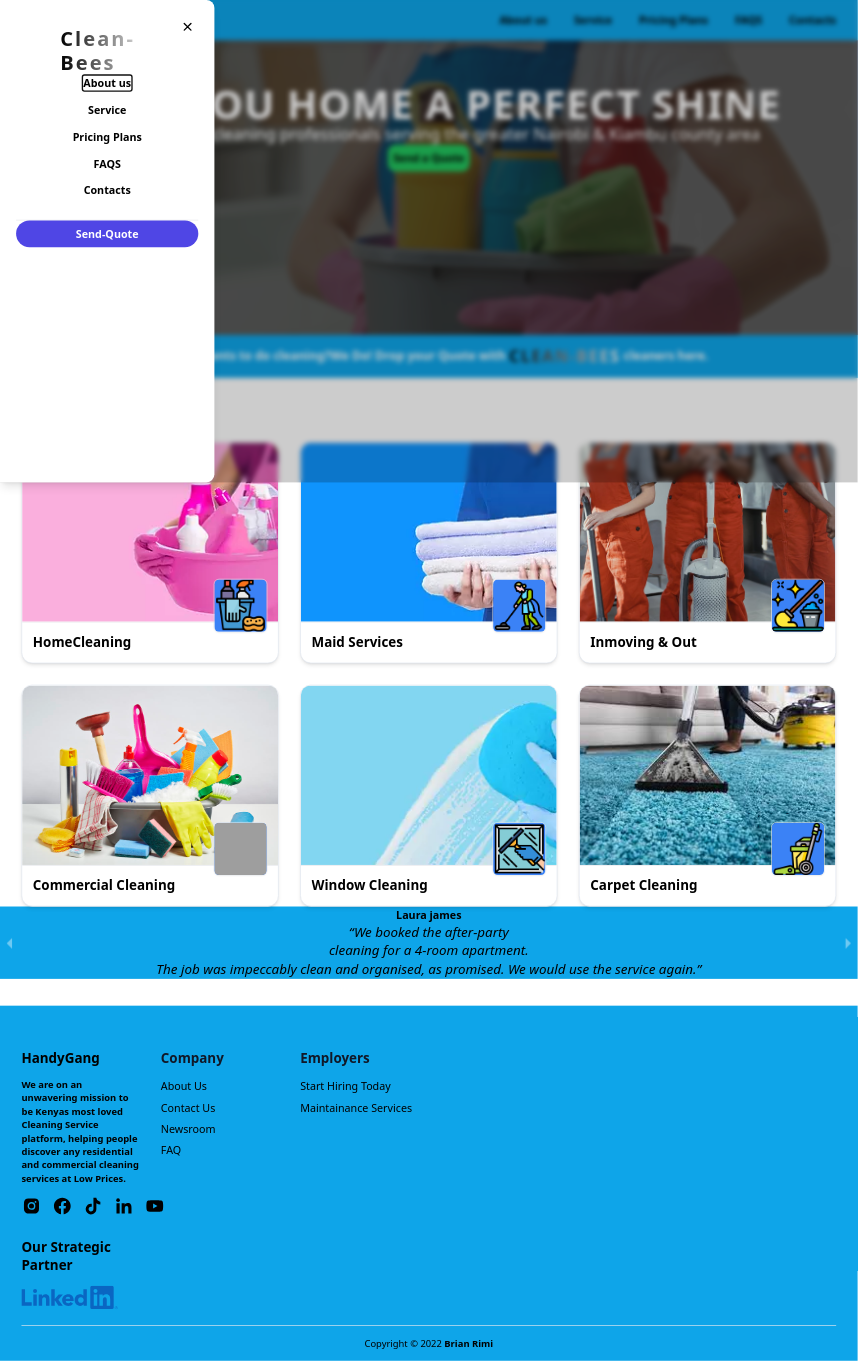
Repository: remydev47/cleanbees
Page: /
An editor plug-in stored every save of this project. The page is shown before and after the next save, followed by the edit.
The browser window is 1280 px wide. The pictures show the whole page, at 67% of full size.
Pictures or frames that could not be fetched are drawn as grey boxes. The project was rebuilt for these pictures with package versions that can differ from the ones it lists, and the page was loaded fresh each time. The framework's server and built-in components were replaced by stand-ins that run in the browser. Also part of the build but not shown: next.config.js.

Above is the page before, as saved 2022-09-19 12:39:57.

### pages/_app.tsx
import '../styles/globals.css'
import type { AppProps } from 'next/app'
import { Header } from '../components/Header'


function MyApp({ Component, pageProps }: AppProps) {
  return (
    <>
      <Header />
      <Component {...pageProps} />
    </>

    )
}

export default MyApp

### pages/index.tsx
import type { NextPage } from 'next'
import Head from 'next/head'
import Image from 'next/image'
import { Footer } from '../components/Footer';
import Hero from '../components/Hero'
import Services from '../components/Services';
import { Testmonial } from '../components/Testmonial';

const Home: NextPage = () => {
  return (
    <div className="">
      <Head>
        <title>CleanBees</title>
        <link rel="icon" href="/favicon.ico" />
      </Head>
      <Hero />
     <main className='mx-auto max-w-screen-xl px-6 sm:px-8'>
      <div className='mt-16 space-y-20'>
        <Services />

      </div>
     </main>
     <Testmonial />
    <Footer />
    </div>
  )
}

export default Home

### components/Header.tsx
import { navLinks } from "../constants"
import { MenuPopOver } from "./MenuPopover"
import Logo from "./Logo"
import Image from "next/image"
import { title } from "process"

export const Header = () => {
    return(
        <>
          <header className={styles.container}>
           <div className='flex grow-0 basis-1/3 md:hidden'>
             <MenuPopOver />
          </div>
          <div className='flex grow-0 basis-1/3 justify-center md:justify-start'>
            <Logo />
           </div>
           <ul className="list-none sm:flex hidden justify-end items-center flex-1">
            {navLinks.map((nav, index) => (
                <li
                key={nav.id}
                className={`font-poppins font-extrabold cursor-pointer text-[16px]
                  ${index === navLinks.length - 1 ? 'mr-0' : 'mr-10'}
                 text-black `}
                >
                    <a>{nav.title}</a>
                </li>
            ))}
           </ul>

          </header>
        </>
    )
}

const styles ={
    container:`sticky bg-[#0ea5e9] inset-x-0 top-0 z-20 flex items-center justify-between py-2 px-2 shadow-lg dark:bg-slate-900 sm:py-3 sm:px-8`
}

### components/Footer.tsx
import React from 'react'
import Link from 'next/link';

const footerNav = {
    Company: [
      {
        title: "About Us",
        href: "/#",
      },
      { title: "Contact Us", href: "/#" },
      { title: "Newsroom", href: "/#" },
      { title: "FAQ", href: "/#" },
    ],
    Employers: [
      {
        title: "Start Hiring Today",
        href: "/#",
      },
      { title: "Maintainance Services", href: "/#" },
    ],
  };

  const SocialLinks = [
    {
      title: "Instagram",
      link: "https://instagram.com/",
      Icon: <InstagramIcon height={30} width={30} />,
    },
    {
      title: "Facebook",
      link: "https://facebook.com/",
      Icon: <FacebookIcon height={30} width={30} />,
    },
    {
      title: "Tiktok",
      link: "https://tiktok.com/",
      Icon: <TiktokIcon height={30} width={30} />,
    },
    {
      title: "LinkedIn",
      link: "https://linkedin.com/",
      Icon: <LinkedInIcon height={30} width={30} />,
    },
    {
      title: "Youtube",
      link: "https://youtube.com/",
      Icon: <YoutubeIcon height={30} width={30} />,
    },
  ];


  export const Footer = () => {
    return (
      <footer className="mt-10 bg-[#0ea5e9] dark:bg-slate-900">
        <div className="mx-auto max-w-screen-xl px-6 pt-16 sm:px-8">
          <div className="grid grid-cols-1 gap-y-6 gap-x-6 md:!grid-cols-6 md:gap-8 xs:grid-cols-2">
            <div className="mb-4  flex flex-col xs:col-span-2">
              <span className="text-xl font-bold capitalize">HandyGang</span>
              <p className="mt-4 max-w-screen-xs text-sm font-semibold">
                We are on an unwavering mission to be Kenyas most loved Cleaning Service
                platform, helping people discover any residential and commercial cleaning services at Low Prices.
              </p>
              <ul
                id="social-media-links"
                className="mt-4 flex items-center space-x-4"
              >
                {SocialLinks.map((item) => (
                  <li key={item.title}>
                    <a
                      href={item.link}
                      aria-label={`${item.title} profile`}
                      className="transition-all duration-150 hover:fill-indigo-800 dark:fill-white dark:hover:fill-indigo-800"
                    >
                      {item.Icon}
                    </a>
                  </li>
                ))}
              </ul>

              <span className="mt-8 text-xl font-bold capitalize">
                our strategic partner
              </span>

              <a
                href="https://www.linkedin.com/"
                rel="noreferrer"
                target="_blank"
                className="mt-4 max-w-min"
              >
                <LinkedInFullIcon height={35} />
              </a>
            </div>

            {Object.entries(footerNav).map(([title, items]) => {
              return (
                <div key={title}>
                  <h2 className="text-xl font-semibold text-gray-900 dark:text-gray-100">
                    {title}
                  </h2>
                  <ul className="mt-4 space-y-2">
                    {items.map((item) => (
                      <li key={item.title}>
                        <Link href={item.href}>
                          <a className="transition-all duration-150 hover:text-indigo-800 hover:underline dark:text-gray-300 dark:hover:text-white">
                            {item.title}
                          </a>
                        </Link>
                      </li>
                    ))}
                  </ul>
                </div>
              );
            })}


         </div>
          <div
            id="footer-copyright"
            className="mt-2 border-t border-slate-200 py-4 dark:border-slate-600"
          >
            <p className="text-center text-sm dark:text-gray-300">
              Copyright © 2022{" "}
              <a
                href="https://github.com/miadv"
                className="font-semibold hover:text-indigo-800 hover:underline dark:hover:text-white"
              >
                Brian Rimi
              </a>
            </p>
          </div>
        </div>
      </footer>
    );
  };

  function LinkedInFullIcon(props: React.SVGProps<SVGSVGElement>) {
    const { height, width, ...otherProps } = props;
    return (
      <svg viewBox="0 0 270 65" height={height} width={width} {...otherProps}>
        <path
          fill="#0a66c2"
          d="M263.744 61.1094a1.2 1.2 0 001.21-1.269c0-.9-.543-1.33-1.657-1.33h-1.8v4.712h.677v-2.054h.832l.019.025 1.291 2.029h.724l-1.389-2.1zm-.783-.472h-.785v-1.593h.995c.514 0 1.1.084 1.1.757 0 .774-.593.836-1.314.836M0 9.5874h9.993v36.4h18.5v9.222H0zm32.911 14.689h9.6v30.916h-9.6zm4.8-15.37a5.569 5.569 0 11-5.57 5.569 5.569 5.569 0 015.57-5.569m44.958.674h9.6v27.265l10.88-12.583h11.77l-12.6 14.313 12.335 16.63h-12.066l-10.191-15.282h-.126v15.28h-9.6zm-34.835 14.699h9.219v4.225h.131a10.085 10.085 0 019.09-4.994c9.735 0 11.527 6.405 11.527 14.726v16.954h-9.6v-15.031c0-3.588-.066-8.2-5-8.2-4.99 0-5.76 3.907-5.76 7.939v15.288h-9.6z"
        />
        <path
          fill="#0a66c2"
          d="M135.136 36.1384a5.756 5.756 0 00-5.894-5.89 6.406 6.406 0 00-6.784 5.89zm8.132 13.7a16.909 16.909 0 01-13.128 6.151c-9.6 0-17.286-6.408-17.286-16.331 0-9.923 7.685-16.328 17.286-16.328 8.973 0 14.6 6.4 14.6 16.328v3.01h-22.282a7.171 7.171 0 007.235 6.019 8.193 8.193 0 006.851-3.778zm21.482-18.089c-4.8 0-7.68 3.205-7.68 7.875s2.879 7.878 7.68 7.878 7.687-3.2 7.687-7.878-2.881-7.875-7.687-7.875m16.525 23.437h-8.838v-4.1h-.131a12.071 12.071 0 01-9.544 4.868c-9.224 0-15.3-6.657-15.3-16.071 0-8.646 5.377-16.585 14.216-16.585 3.973 0 7.684 1.087 9.861 4.1h.126V9.5774h9.609zm64.809.018h-9.6v-15.034c0-3.585-.064-8.2-4.993-8.2-5 0-5.765 3.906-5.765 7.939v15.294h-9.6v-30.916h9.216v4.225h.129a10.1 10.1 0 019.093-4.994c9.73 0 11.524 6.4 11.524 14.726zm-40.79-35.143a5.571 5.571 0 115.57-5.572 5.571 5.571 0 01-5.57 5.572m4.8 35.143h-9.61v-30.917h9.61zm40.776-55.2h-55.21a4.728 4.728 0 00-4.781 4.67v55.439a4.731 4.731 0 004.781 4.675h55.21a4.741 4.741 0 004.8-4.675V4.6704a4.738 4.738 0 00-4.8-4.67m12.173 56.411a4.418 4.418 0 10.085 0h-.085m0 8.33a3.874 3.874 0 113.809-3.938v.065a3.791 3.791 0 01-3.708 3.871h-.1"
        />
      </svg>
    );
  }

  function FacebookIcon(props: React.SVGProps<SVGSVGElement>) {
    const { height, width, ...otherProps } = props;

    return (
      <svg viewBox="0 0 24 24" height={height} width={width} {...otherProps}>
        <path d="M12.001 2.002c-5.522 0-9.999 4.477-9.999 9.999 0 4.99 3.656 9.126 8.437 9.879v-6.988h-2.54v-2.891h2.54V9.798c0-2.508 1.493-3.891 3.776-3.891 1.094 0 2.24.195 2.24.195v2.459h-1.264c-1.24 0-1.628.772-1.628 1.563v1.875h2.771l-.443 2.891h-2.328v6.988C18.344 21.129 22 16.992 22 12.001c0-5.522-4.477-9.999-9.999-9.999z"></path>
      </svg>
    );
  }
  function InstagramIcon(props: React.SVGProps<SVGSVGElement>) {
    const { height, width, ...otherProps } = props;

    return (
      <svg viewBox="0 0 24 24" height={height} width={width} {...otherProps}>
        <path d="M20.947 8.305a6.53 6.53 0 0 0-.419-2.216 4.61 4.61 0 0 0-2.633-2.633 6.606 6.606 0 0 0-2.186-.42c-.962-.043-1.267-.055-3.709-.055s-2.755 0-3.71.055a6.606 6.606 0 0 0-2.185.42 4.607 4.607 0 0 0-2.633 2.633 6.554 6.554 0 0 0-.419 2.185c-.043.963-.056 1.268-.056 3.71s0 2.754.056 3.71c.015.748.156 1.486.419 2.187a4.61 4.61 0 0 0 2.634 2.632 6.584 6.584 0 0 0 2.185.45c.963.043 1.268.056 3.71.056s2.755 0 3.71-.056a6.59 6.59 0 0 0 2.186-.419 4.615 4.615 0 0 0 2.633-2.633c.263-.7.404-1.438.419-2.187.043-.962.056-1.267.056-3.71-.002-2.442-.002-2.752-.058-3.709zm-8.953 8.297c-2.554 0-4.623-2.069-4.623-4.623s2.069-4.623 4.623-4.623a4.623 4.623 0 0 1 0 9.246zm4.807-8.339a1.077 1.077 0 0 1-1.078-1.078 1.077 1.077 0 1 1 2.155 0c0 .596-.482 1.078-1.077 1.078z"></path>
        <circle cx="11.994" cy="11.979" r="3.003"></circle>
      </svg>
    );
  }
  function TiktokIcon(props: React.SVGProps<SVGSVGElement>) {
    const { height, width, ...otherProps } = props;

    return (
      <svg viewBox="0 0 24 24" height={height} width={width} {...otherProps}>
        <path d="M19.59 6.69a4.83 4.83 0 0 1-3.77-4.25V2h-3.45v13.67a2.89 2.89 0 0 1-5.2 1.74 2.89 2.89 0 0 1 2.31-4.64 2.93 2.93 0 0 1 .88.13V9.4a6.84 6.84 0 0 0-1-.05A6.33 6.33 0 0 0 5 20.1a6.34 6.34 0 0 0 10.86-4.43v-7a8.16 8.16 0 0 0 4.77 1.52v-3.4a4.85 4.85 0 0 1-1-.1z"></path>
      </svg>
    );
  }
  function LinkedInIcon(props: React.SVGProps<SVGSVGElement>) {
    const { height, width, ...otherProps } = props;

    return (
      <svg viewBox="0 0 24 24" height={height} width={width} {...otherProps}>
        <circle cx="4.983" cy="5.009" r="2.188"></circle>
        <path d="M9.237 8.855v12.139h3.769v-6.003c0-1.584.298-3.118 2.262-3.118 1.937 0 1.961 1.811 1.961 3.218v5.904H21v-6.657c0-3.27-.704-5.783-4.526-5.783-1.835 0-3.065 1.007-3.568 1.96h-.051v-1.66H9.237zm-6.142 0H6.87v12.139H3.095z"></path>
      </svg>
    );
  }
  function YoutubeIcon(props: React.SVGProps<SVGSVGElement>) {
    const { height, width, ...otherProps } = props;

    return (
      <svg viewBox="0 0 24 24" height={height} width={width} {...otherProps}>
        <path d="M21.593 7.203a2.506 2.506 0 0 0-1.762-1.766C18.265 5.007 12 5 12 5s-6.264-.007-7.831.404a2.56 2.56 0 0 0-1.766 1.778c-.413 1.566-.417 4.814-.417 4.814s-.004 3.264.406 4.814c.23.857.905 1.534 1.763 1.765 1.582.43 7.83.437 7.83.437s6.265.007 7.831-.403a2.515 2.515 0 0 0 1.767-1.763c.414-1.565.417-4.812.417-4.812s.02-3.265-.407-4.831zM9.996 15.005l.005-6 5.207 3.005-5.212 2.995z"></path>
      </svg>
    );
  }

### components/Hero.tsx
import React from 'react'
import Image from 'next/image'



const Hero = () => {
  return (
    <>
      <section className='relative h-[640px] w-full  bg-blue-500 sm:h-[55vh] md:h-[440px]'>
         <Image
           src='/img/pixel-cleaner2.jpg'
           layout='fill'
           objectFit='cover'
         />

        <div className="absolute inset-0 bg-neutral-900/70">
        <div className='mx-4 mt-16 flex flex-col items-center text-center '>
                <h1 className={styles.innerbanner}>
                    Give you Home a Perfect Shine
                </h1>
                <span className='text-xl text-white sm:text-2xl'>
                    Reliable house cleaning professionals serving the greater Nairobi & Kiambu county area
                </span>
                <button className='bg-green-500 text-black font-semibold p-2 rounded-xl'>
                    Send a Quote
                </button>
              </div>
        </div>
      </section>
      <HeroBottomCard />
   </>
  )
}

function HeroBottomCard() {
    return (
      <div className="bg-[#0ea5e9] p-4">
        <span className="block text-center text-lg text-white font-semibold">
          Nobody wants to do cleaning?We Do! Drop your  Quote with{" "}
          <span className="bg-gradient-to-r from-black to-[#fff] bg-clip-text align-middle text-2xl font-black tracking-widest text-transparent">
            CLEAN-BEES
          </span>{" "}
          cleaners here.
        </span>
      </div>
    );
  }

export default Hero;
const styles ={

    innerbanner:`text-3xl font-extrabold uppercase tracking-wide text-white sm:text-4xl md:text-5xl lg:text-6xl`,
}

### components/Services.tsx
import React from 'react';
import Image from 'next/image'
import Link from 'next/link';

const serviceItems =[
    {
        name:"HomeCleaning",
        description:"",
        image:'/img/cleaning3.webp',
        logo:"/img/homecleaning.png"
    },
    {
        name:"Maid Services",
        description:"",
        image:'/img/maid2.webp',
        logo:"/img/maid.png"
    },
    {
        name:"Inmoving & Out",
        description:"",
        image:'/img/pexels-cleaner.jpeg',
        logo:"/img/inmoving.png"
    },
    {
        name:"Commercial Cleaning",
        description:"",
        image:'/img/pixelcleaner3.jpg',
        logo:"/img/officecleaning.png"
    },
    {
        name:"Window Cleaning",
        description:"",
        image:'/img/cleaning4.webp',
        logo:"/img/window.png"
    },
    {
        name:"Carpet Cleaning",
        description:"",
        image:'/img/cleancarpet.jpg',
        logo:"/img/carpet.png"
    },
]

const Services = () => {
  return (
    <section id='service-items'>
        <div>
            <h2 className="text-2xl font-semibold"> Our Services </h2>
        </div>

        <div id="top-companies__items" className="grid grid-cols-1 gap-8 sm:grid-cols-2 lg:grid-cols-3">
              {serviceItems.map((item, i) => (
                 <Link href="/#" key={i}>
                  <a className="group block overflow-hidden rounded-2xl border border-slate-200 bg-white shadow-md transition-all duration-150 hover:-translate-y-1 hover:shadow-lg dark:border-slate-800 dark:bg-slate-700">
                    <div className="relative block overflow-hidden  pt-[70%]">
                     <Image
                       src={item.image}
                       alt={item.name}
                       layout="fill"
                       objectFit="cover"
                       className="transition-all duration-200 group-hover:scale-[102%]"
                      />
                    </div>
                    <div className="relative flex flex-col border-t p-4 dark:border-slate-600">
                <span className="absolute right-4 -top-[65px] block h-[80px] w-[80px] overflow-hidden rounded-lg border shadow-sm dark:border-slate-600">
                  <div className="relative block overflow-hidden  bg-blue-500 pt-[100%]">
                    <Image
                      src={item.logo}
                      alt={item.name}
                      layout="fill"
                      objectFit="cover"
                    />
                  </div>
                </span>

                <h5 className="block truncate text-xl font-semibold capitalize">
                  {item.name}
                </h5>
                <span className="block truncate text-slate-500 dark:text-slate-400">
                  {item.description}
                </span>
              </div>
                 </a>
                 </Link>
              ))}
            </div>

    </section>
  )
}

export default Services

### components/Testmonial.tsx
import React from 'react'
import "react-responsive-carousel/lib/styles/carousel.min.css"; // requires a loader
import { Carousel } from 'react-responsive-carousel';

export const Testmonial = () => {
  return (
    <section className={styles.container}>
      <Carousel
        autoPlay
        infiniteLoop
        showStatus={false}
        showIndicators={false}
        showThumbs={false}
        interval={3000}
      >
       <div>
        <h1 className={styles.headername}>Mat & Tina</h1>
        <p className='italic text-xl'>“Although it took a while to explain what we wanted when we were booking the final result was great. <br/> The guys who cleaned the apartment were awesome! <br/> Highly recommended after party cleaning service!”</p>
       </div>
       <div>
        <h1 className={styles.headername}>Laura james</h1>
        <p className='italic text-xl'>“We booked the after-party  <br/> cleaning for a 4-room apartment. <br/> The job was impeccably clean and organised, as promised. We would use the service again.”</p>
       </div>
       <div>
        <h1 className={styles.headername}>Krak Fraco</h1>
        <p className='italic text-xl'>“Cheap price and excellent service. <br/> We booked the after party cleaning for our home <br/> and garden and the crew did an amazing job putting everything back to normal.”</p>
       </div>
      </Carousel>
    </section>
  )
}



const styles = {
  container:`bg-[#0ea5e9]`,
  headername:`font-bold `
}

### constants/index.ts

export const navLinks =[
    {
     id:"aboutus",
     title:"About us"
    },
    {
        id:"services",
        title:"Service"
    },
    {
        id:"pricingplans",
        title:"Pricing Plans"
    },
    {
        id:"faqs",
        title:"FAQS"
    },
    {
        id:"contacts",
        title:"Contacts"
    },
]

### components/MenuPopover.tsx
import React, { useState, Fragment } from 'react'
import { IconButton } from './Button'
import { Transition, Dialog }  from '@headlessui/react';
import Link from 'next/link';
import Logo from './Logo';
import { Button } from './Button';
//import { ThemeSelect } from './ThemeToogle';
import { navLinks } from '../constants';

export const MenuPopOver = () => {
    const [isOpen, setIsOpen] = useState(true)

    return(
      <div>
        <IconButton
          variant='ghost'
          aria-label='menu'
          onClick={() => setIsOpen(!isOpen)}
        >
          <svg className='h-6 w-6 ' fill='none' stroke='currentColor'>
            <path
              strokeLinecap='round'
              strokeLinejoin='round'
              strokeWidth={2}
              d='M4 6h16M4 12h16M4 18h16'
            />
          </svg>
        </IconButton>
        <Transition
          show={isOpen}
          appear
          as={Fragment}
          enter='transform transition ease-in-out duration-300'
          enterFrom='-translate-x-full'
          enterTo='translate-x-0'
          leave='transform transition ease-in-out duration-300 delay-200'
          leaveFrom='translate-x-0'
          leaveTo='-translate-x-full'
        >
         <Dialog
           as='div'
           className={`fixed inset-0 z-50`}
           onClose={setIsOpen}
           open={isOpen}
           >
           <Transition.Child
             as={Fragment}
             enter='ease-out duration-300 delay-300'
             enterFrom='opacity-0'
             enterTo='opacity-100'
             leave='ease-in duration-200'
             leaveFrom='opacity-100'
             leaveTo='opacity-0'
           >

            <Dialog.Overlay
              className={`fixed inset-0 bg-black/20 backdrop-blur-sm dark:bg-gray-900/80`}
             />
          </Transition.Child>
           <div className={styles.dialogcontainer}>
            <a className='mx-auto mt-4 flex w-[140px] '>
              <Logo />
            </a>
            <ul
                className={styles.navWrapper2}
             >
                {navLinks.map((nav, index) => (
                    <li
                     key={nav.id}
                     className={`font-poppins font-bold cursor-pointer text-[16px]
                      ${index === navLinks.length - 1 ? 'mr-0' : 'mb-4'}
                      text-black `}
                    >
                     <a href={`#${nav.id}`}>
                        {nav.title}
                     </a>
                    </li>
                 ))}
             </ul>
            {/* <div className='mt-0 border-t border-gray-200 pt-6 dark:border-gray-200/10'>

            </div> */}
            <ul className='mt-8 space-y-3 border-t border-gray-200 dark:border-gray-200/10'>
              <li>
               <Button fullWidth>
                   Send-Quote
               </Button>
              </li>

            </ul>
            <IconButton
              variant='ghost'
              aria-label='close menu'
              className='absolute top-5 right-5'
              onClick={() => setIsOpen(false)}
            >
              <svg
                viewBox='0 0 10 10'
                className='h-2.5 w-2.5 overflow-visible'
                aria-hidden='true'
              >
                <path
                    d='M0 0L10 10M10 0L0 10'
                    fill='none'
                    stroke='currentColor'
                    strokeWidth='2'
                    strokeLinecap='round'
                  />
              </svg>
            </IconButton>
           </div>
         </Dialog>
        </Transition>
      </div>
    )
  }

const styles ={
    dialogcontainer:`fixed top-0 bottom-0 left-0 w-full max-w-xs rounded-r-xl bg-white p-6 shadow-lg dark:bg-gray-800`,
    menuitems:`group relative flex h-9 items-center oveflow-hidden rounded-md hover:bg-slate-200/50`,
    navWrapper2:`list-none flex flex-col justify-end items-center flex-1`,
}

### components/Logo.tsx
import React from 'react';


const Logo  = () => {
  return (
    <span className={`bg-gradient-to-r from-black to-[#fff] bg-clip-text align-middle text-3xl font-black tracking-widest text-transparent hover:text-green-400`}>
        Clean-Bees
    </span>
  )
}

export default Logo;

Loaded but not shown: styles/globals.css (common file); tailwind.config.js (common file); components/Button/index.tsx (185 lines, source omitted)

After the next save:
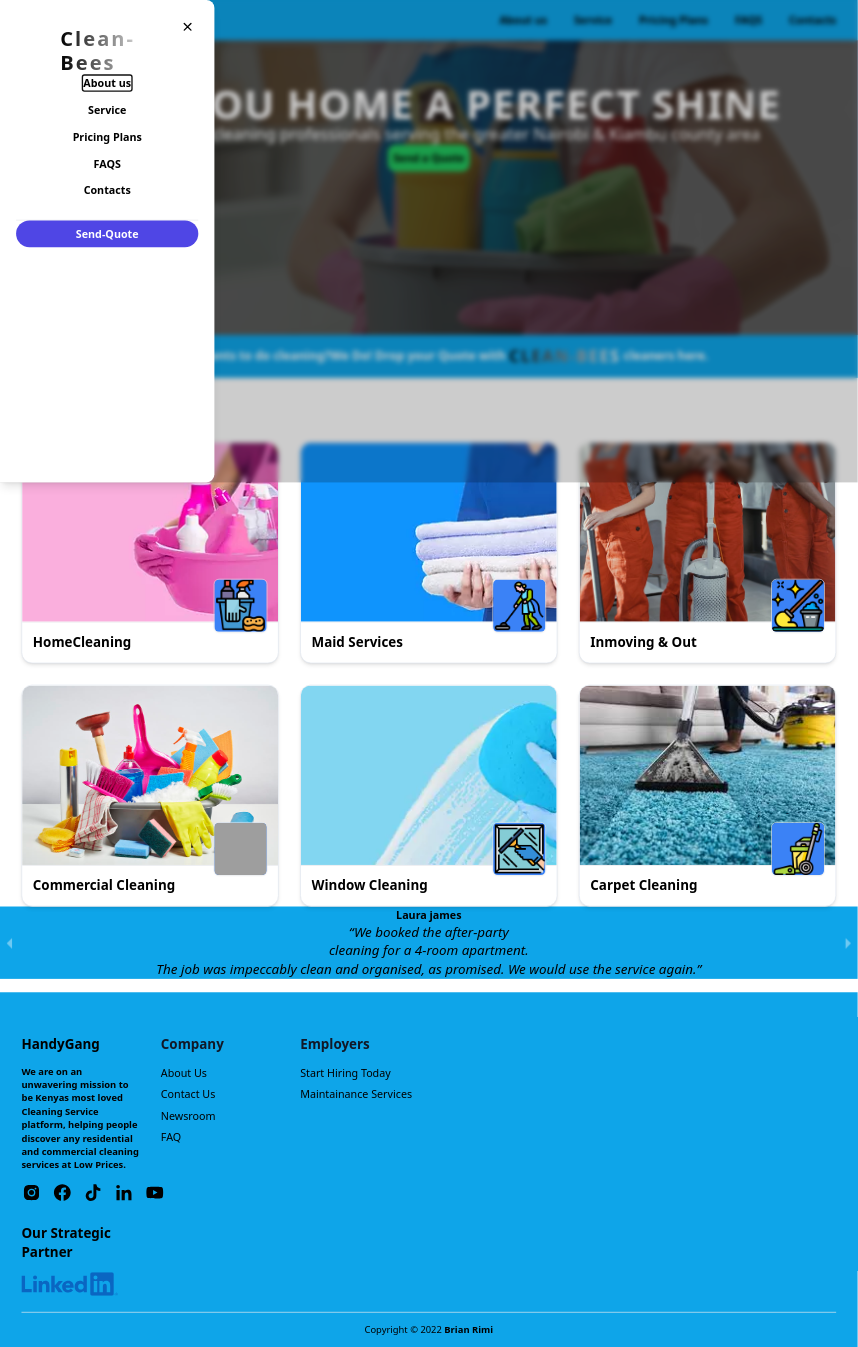
Saved 16 s later.
--- a/components/Footer.tsx
+++ b/components/Footer.tsx
@@ -51,7 +51,7 @@ const footerNav = {
 
   export const Footer = () => {
     return (
-      <footer className="mt-10 bg-[#0ea5e9] dark:bg-slate-900">
+      <footer className="mt-5 bg-[#0ea5e9] dark:bg-slate-900">
         <div className="mx-auto max-w-screen-xl px-6 pt-16 sm:px-8">
           <div className="grid grid-cols-1 gap-y-6 gap-x-6 md:!grid-cols-6 md:gap-8 xs:grid-cols-2">
             <div className="mb-4  flex flex-col xs:col-span-2">
